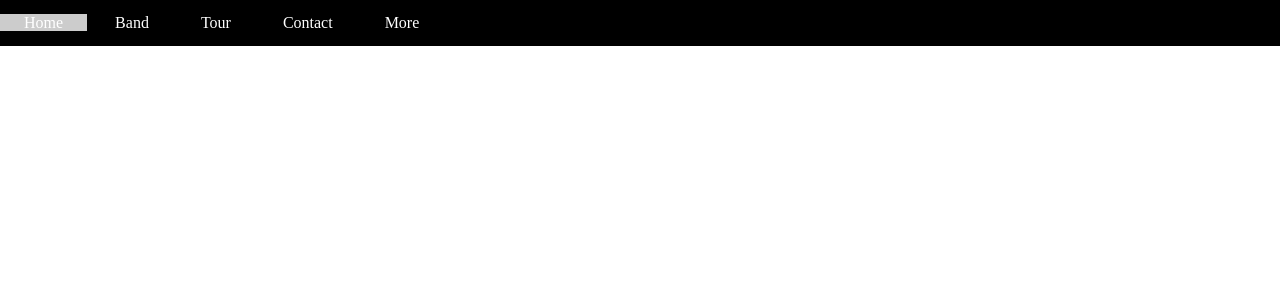
Repository: Thanhtrunghoang123/the-band
Page: index.html
The author's editor kept a copy of each file at every save. The page is drawn from the files as they stood at one save, then again after the next save.
The browser window is 1280 px wide. The pictures show the whole page.

Above is the page before, as saved 2022-07-18 09:09:10.

### index.html
<!DOCTYPE html>
<html lang="en">
<head>
    <meta charset="UTF-8">
    <meta http-equiv="X-UA-Compatible" content="IE=edge">
    <meta name="viewport" content="width=device-width, initial-scale=1.0">
    <title>Document</title>
    <link rel="stylesheet" href="/assest/css/style.css">
</head>
<body>
    <div id="main">
        <div id="header">
            <ul id="nav">
                <li><a href="">Home</a></li>
                <li><a href="">Band</a></li>
                <li><a href="">Tour</a></li>
                <li><a href="">Contact</a></li>
                <li>
                    <a href="">More</a>
                    <ul class="subnav">
                        <li><a href="">Merchandise</a></li>
                        <li><a href="">Extras</a></li>
                        <li><a href="">Media</a></li>
                    </ul>
                </li>
            </ul>
        </div>

        <div id="slider">

        </div>

        <div id="content">

        </div>

        <div id="footer">

        </div>
    </div>
</body>
</html>

### assest/css/style.css
*{
    margin: 0;
    padding: 0;
    box-sizing: border-box;
}
#main{

}

#header{
    height: 46px;
    background-color: #000;
}
#nav li a{
    color: #fff;
    line-height: 46px;
    text-decoration: none;
    padding: 0 24px;
}
#nav li:hover a{
    color: #fff;
    background-color: #ccc;
}

#nav li{
    display: inline-block;
}
#nav .subnav{
    display: none;

}
#nav li:hover .subnav {
    display: block;
}

#slider{

}

#content{

}

#footer{

}

After the next save:
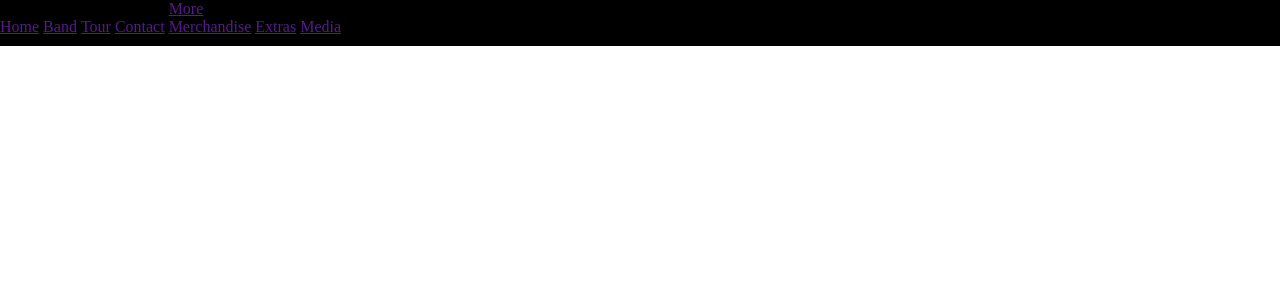
Saved 2 min 58 s later.
--- a/assest/css/style.css
+++ b/assest/css/style.css
@@ -11,26 +11,9 @@
     height: 46px;
     background-color: #000;
 }
-#nav li a{
-    color: #fff;
-    line-height: 46px;
-    text-decoration: none;
-    padding: 0 24px;
-}
-#nav li:hover a{
-    color: #fff;
-    background-color: #ccc;
-}
 
 #nav li{
     display: inline-block;
-}
-#nav .subnav{
-    display: none;
-
-}
-#nav li:hover .subnav {
-    display: block;
 }
 
 #slider{
